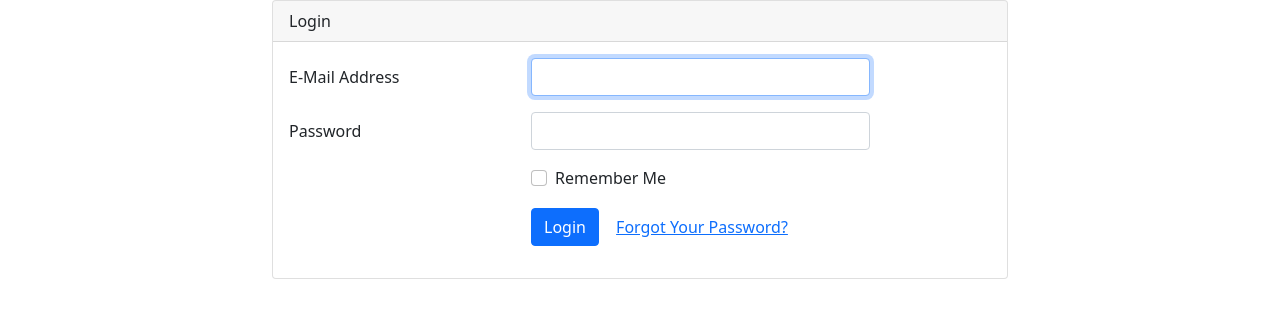
Repository: james19999/gestioneleve
Page: http://localhost/login
An editor plug-in stored every save of this project. The page is shown before and after the next save, followed by the edit.
The browser window is 1280 px wide. The pictures show the whole page.
The page is served by the project's Laravel application, run on PHP 8.4 with Laravel 8. Other server files are loaded and not shown.

Above is the page before, as saved 2021-12-01 10:46:30.

### routes/web.php
<?php

use Illuminate\Support\Facades\Route;
use App\Http\Controllers\SmSController;
use App\Http\Controllers\EleveController;
use App\Http\Controllers\ClasseController;

/*
|--------------------------------------------------------------------------
| Web Routes
|--------------------------------------------------------------------------
|
| Here is where you can register web routes for your application. These
| routes are loaded by the RouteServiceProvider within a group which
| contains the "web" middleware group. Now create something great!
|
*/
// Route::post('/sms',[SmSController::class,'sms'])->name('sms');
// Route::get('/send',[SmSController::class,'send']);
Route::get('/', function () {
    return view('welcome');
});

//liste des classes à retourner dans la base de donnée
Route::get('/classes',[ClasseController::class,'index'])->name('index');
//route en relation avec le formulaire d 'enrégistrement des classes
Route::get('classes/form',[ClasseController::class,'form'])->name('form');
//route en relation pour stocker les données a travèrs le formulaire
Route::post('classe/store',[ClasseController::class,'store'])->name('store');
Route::delete('/supprimer/{id}',[ClasseController::class,'deletes'])->name('supprimer');
Route::get('/edit/{id}',[ClasseController::class,'edit'])->name('edit');

Route::put('/updates/de/{id}',[ClasseController::class,'updates'])->name('updates');


Route::resource('eleves',EleveController::class);

Route::middleware(['auth'])->group(function () {

    Route::view('/admin', 'admin.admin')->name('admin');
});

Auth::routes();

Route::get('/home', [App\Http\Controllers\HomeController::class, 'index'])->name('home');

### resources/views/auth/login.blade.php
@extends('layouts.site')

@section('test')
<div class="container">
    <div class="row justify-content-center">
        <div class="col-md-8">
            <div class="card">
                <div class="card-header">{{ __('Login') }}</div>

                <div class="card-body">
                    <form method="POST" action="{{ route('login') }}">
                        @csrf

                        <div class="row mb-3">
                            <label for="email" class="col-md-4 col-form-label text-md-right">{{ __('E-Mail Address') }}</label>

                            <div class="col-md-6">
                                <input id="email" type="email" class="form-control @error('email') is-invalid @enderror" name="email" value="{{ old('email') }}" required autocomplete="email" autofocus>

                                @error('email')
                                    <span class="invalid-feedback" role="alert">
                                        <strong>{{ $message }}</strong>
                                    </span>
                                @enderror
                            </div>
                        </div>

                        <div class="row mb-3">
                            <label for="password" class="col-md-4 col-form-label text-md-right">{{ __('Password') }}</label>

                            <div class="col-md-6">
                                <input id="password" type="password" class="form-control @error('password') is-invalid @enderror" name="password" required autocomplete="current-password">

                                @error('password')
                                    <span class="invalid-feedback" role="alert">
                                        <strong>{{ $message }}</strong>
                                    </span>
                                @enderror
                            </div>
                        </div>

                        <div class="row mb-3">
                            <div class="col-md-6 offset-md-4">
                                <div class="form-check">
                                    <input class="form-check-input" type="checkbox" name="remember" id="remember" {{ old('remember') ? 'checked' : '' }}>

                                    <label class="form-check-label" for="remember">
                                        {{ __('Remember Me') }}
                                    </label>
                                </div>
                            </div>
                        </div>

                        <div class="row mb-0">
                            <div class="col-md-8 offset-md-4">
                                <button type="submit" class="btn btn-primary">
                                    {{ __('Login') }}
                                </button>

                                @if (Route::has('password.request'))
                                    <a class="btn btn-link" href="{{ route('password.request') }}">
                                        {{ __('Forgot Your Password?') }}
                                    </a>
                                @endif
                            </div>
                        </div>
                    </form>
                </div>
            </div>
        </div>
    </div>
</div>
@endsection

### resources/views/layouts/site.blade.php


<html lang="en">
    <head>
        <meta charset="UTF-8">
        <meta name="viewport" content="width=device-width, initial-scale=1.0">
        <meta http-equiv="X-UA-Compatible" content="ie=edge">
        <link href="https://cdn.jsdelivr.net/npm/bootstrap@5.1.3/dist/css/bootstrap.min.css" rel="stylesheet" integrity="sha384-1BmE4kWBq78iYhFldvKuhfTAU6auU8tT94WrHftjDbrCEXSU1oBoqyl2QvZ6jIW3" crossorigin="anonymous">
        <title>Document</title>
    </head>
    <body>
       @yield('test')
    </body>
    </html>

Loaded but not shown: app/Http/Controllers/Auth/ConfirmPasswordController.php (common file); app/Http/Controllers/Controller.php (common file); app/Http/Controllers/Auth/LoginController.php (common file)

After the next save:
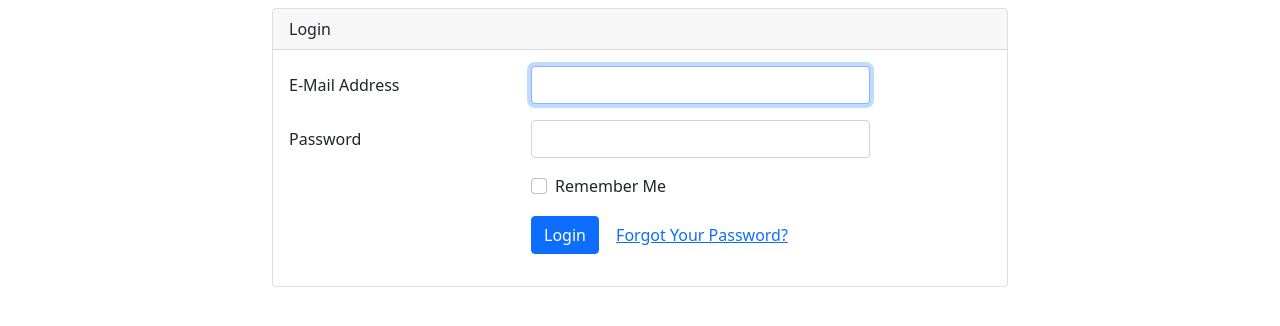
Saved 29 s later.
--- a/resources/views/auth/login.blade.php
+++ b/resources/views/auth/login.blade.php
@@ -1,7 +1,7 @@
 @extends('layouts.site')
 
 @section('test')
-<div class="container">
+<div class="container mt-2">
     <div class="row justify-content-center">
         <div class="col-md-8">
             <div class="card">
